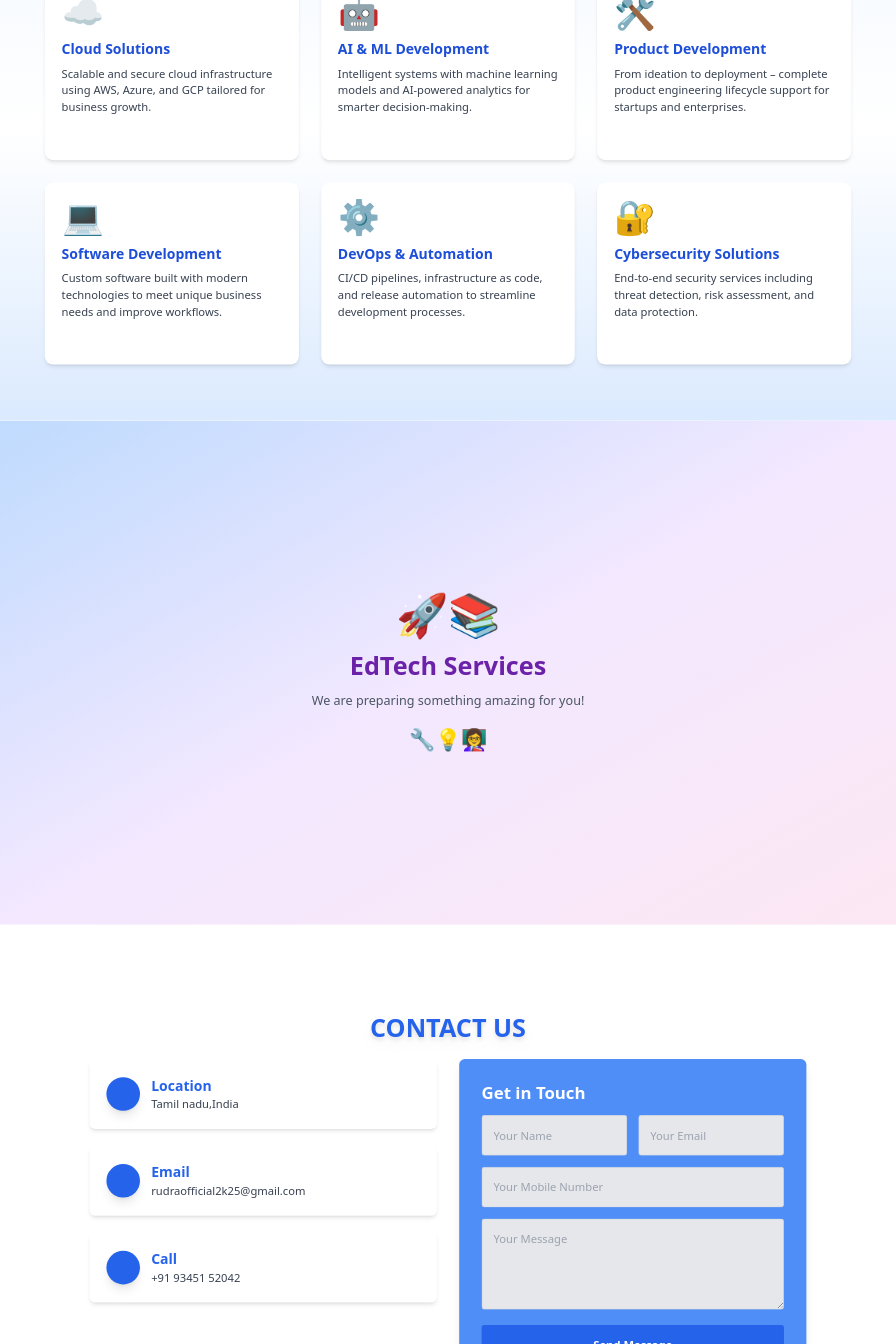
Repository: Rudra-Eswaran/Rudra_Official
Page: /
An editor plug-in stored every save of this project. The page is shown before and after the next save, followed by the edit.
The browser window is 1280 px wide. The pictures show the part of the page from y = 2507 to 4427 px (the page is 4832 px tall), at 70% of full size.
Some web libraries are served in a nearby version. The project was rebuilt for these pictures with package versions that can differ from the ones it lists, and the page was loaded fresh each time. Also part of the build but not shown: vite.config.js, src/components/Success.jsx, src/components/Failure.jsx.

Above is the page before, as saved 2025-04-16 21:09:06.

After the next save:
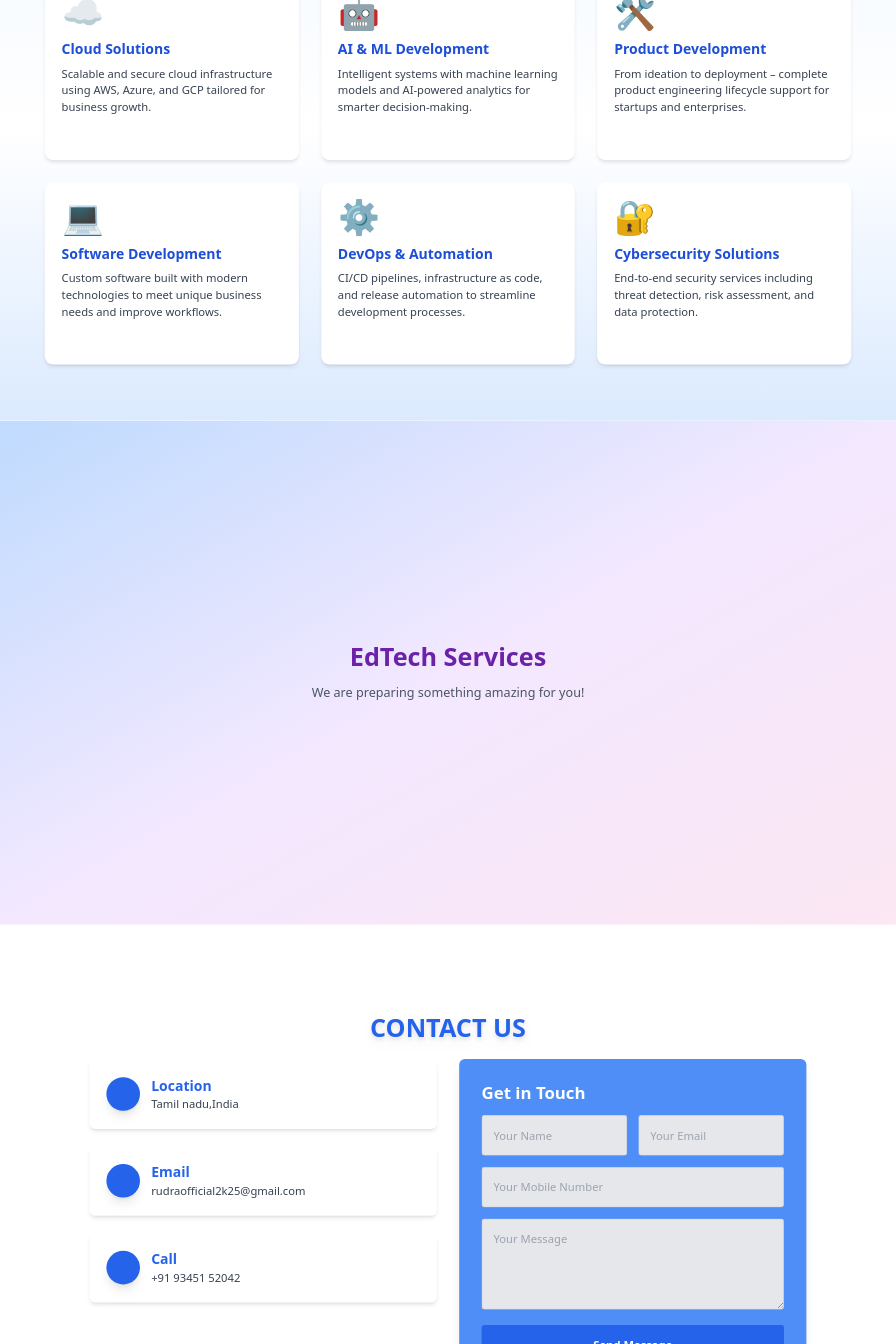
Saved 68 s later.
--- a/src/pages/Edtech.jsx
+++ b/src/pages/Edtech.jsx
@@ -6,38 +6,38 @@
   const [isLoading, setIsLoading] = useState(true);
 
   useEffect(() => {
+    // Initialize AOS
     AOS.init({
-      duration: 1000,
-      once: false,
-      mirror: true,
-      offset: 100,
+      duration: 1000, // Adjust animation duration
+      once: false, // Keep animation active on re-entry
+      mirror: true, // Mirror animation when scrolling back
+      offset: 100, // Set the offset for triggering animation
     });
 
-    // Simulate loading state for 2 seconds (you can adjust this or replace it with your own logic)
+    // Simulating loading for 2 seconds (You can replace this with your actual loading logic)
     setTimeout(() => {
       setIsLoading(false);
     }, 2000);
 
-    AOS.refresh(); // important!
+    AOS.refresh(); // Refresh AOS after content is loaded
   }, []);
 
   return (
     <section
       className="w-full h-screen flex items-center justify-center bg-gradient-to-br from-blue-200 via-purple-100 to-pink-100 relative"
-      data-aos="fade-up"
+      data-aos="fade-up" // Animation trigger for the section
     >
-      {/* Loading spinner */}
+      {/* Displaying Loading State */}
       {isLoading ? (
         <div className="absolute flex flex-col items-center justify-center space-y-4">
-          <div className="spinner-border animate-spin w-16 h-16 border-4 border-t-4 border-t-purple-600 border-gray-300 rounded-full"></div>
-          <p className="text-xl text-purple-800">Loading...</p>
+          {/* Preloader Spinner */}
+          <div className="w-16 h-16 border-4 border-t-4 border-gray-400 border-t-blue-500 rounded-full animate-spin"></div>
+          <p className="text-lg text-gray-800 font-semibold">Processing...</p>
         </div>
       ) : (
         <div className="text-center">
-          <div className="text-6xl mb-6">🚀📚</div>
           <h1 className="text-4xl font-semibold text-purple-800">EdTech Services</h1>
           <p className="text-lg text-gray-600 mt-4">We are preparing something amazing for you!</p>
-          <div className="mt-6 text-3xl">🔧💡👩‍🏫</div>
         </div>
       )}
     </section>
